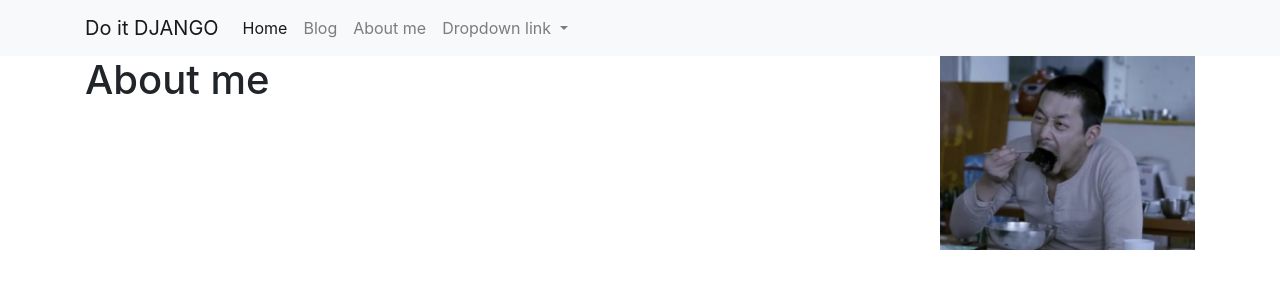
Repository: lwygold/do_it_ft
Page: about_me.html
These files come from the project's save history. The page is drawn as it stood at one moment and after a run of saves; the edit follows.
The browser window is 1280 px wide. The pictures show the whole page.

Above is the page before, as saved 2021-08-10 18:11:19.

After the next 2 saves:
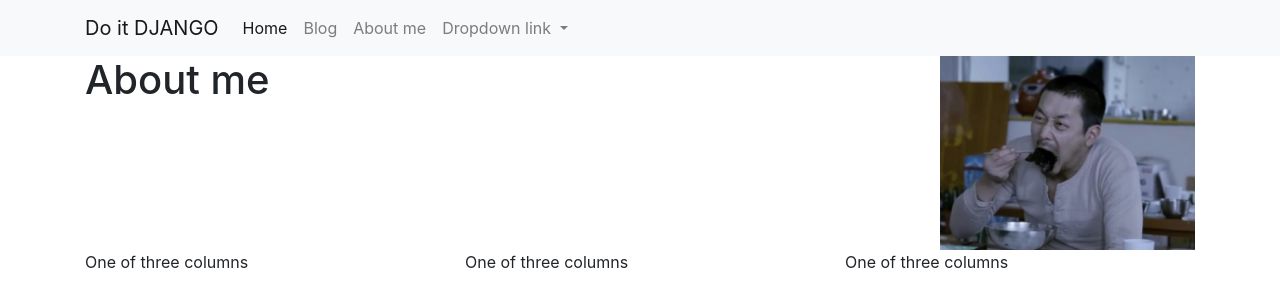
The 2 saves are shown as one change because they came seconds apart.
The last was saved 70 s later.
--- a/about_me.html
+++ b/about_me.html
@@ -57,7 +57,20 @@
                 <img src="./img/img1.png" alt="" style="max-width:100%;">
             </div>
         </div>
+    </div>
 
+    <div class="container">
+        <div class="row">
+            <div class="col-sm">
+                One of three columns
+            </div>
+            <div class="col-sm">
+                One of three columns
+            </div>
+            <div class="col-sm">
+                One of three columns
+            </div>
+        </div>
     </div>
 
 
